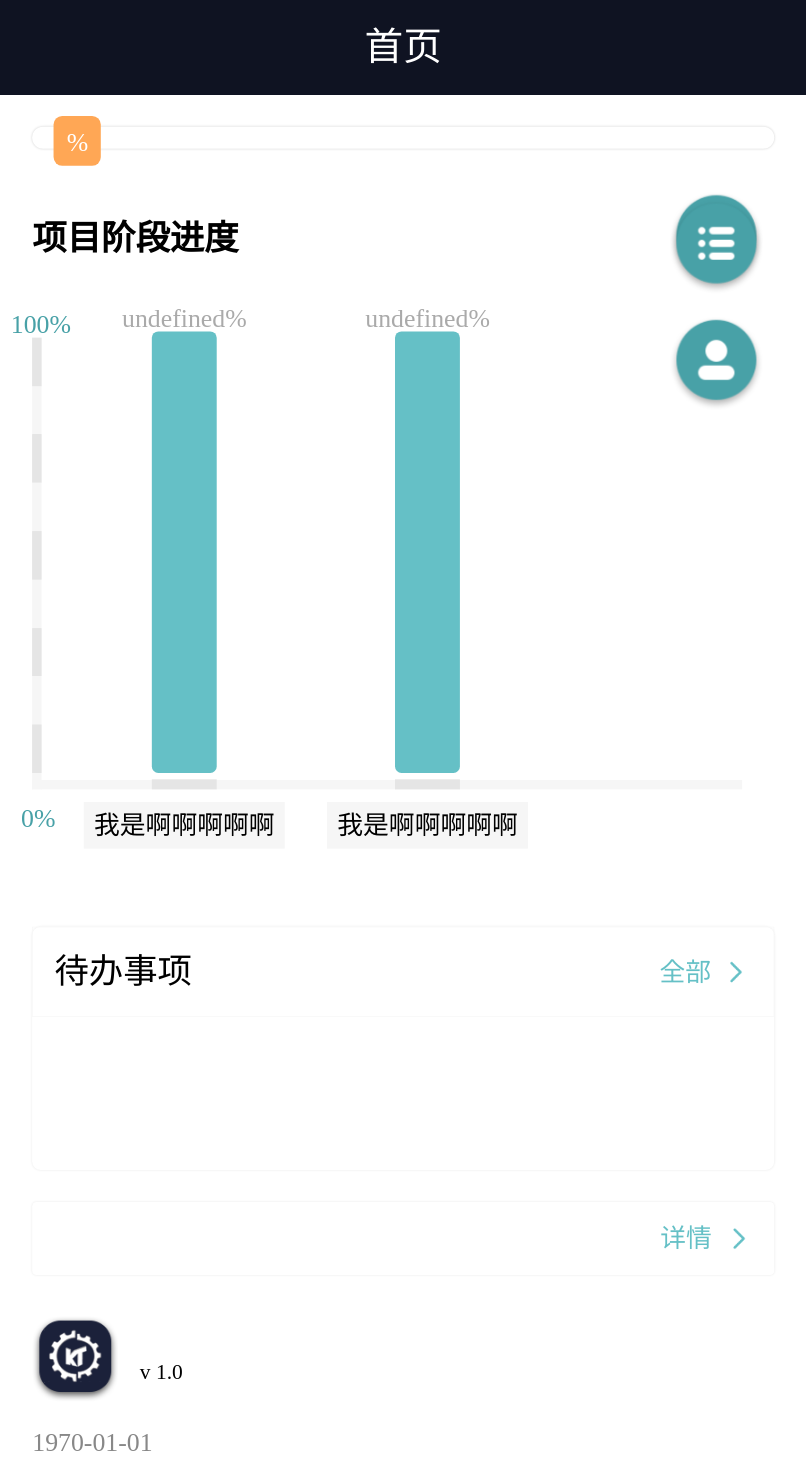
Repository: 421538074/idash.top
Page: index.html
The author's editor kept a copy of each file at every save. The page is drawn from the files as they stood at one save, then again after the next save.
The browser window is 1280 px wide. The pictures show the whole page, at 63% of full size.
The page's requests for data from a server got no answer.

Above is the page before, as saved 2019-05-20 17:30:45.

### index.html
<!DOCTYPE html>
<html lang="en">

<head>
    <meta charset="UTF-8">
    <meta content="width=device-width, initial-scale=1.0, maximum-scale=1.0, user-scalable=0;" name="viewport" />
    <meta http-equiv="X-UA-Compatible" content="ie=edge">
    <title>客户查询系统</title>
    <link rel="stylesheet" href="css/components.css">
    <link rel="stylesheet" href="css/reset.css">
    <link rel="stylesheet" href="css/index.css?v=1.0.0">
</head>

<body>
    <div id="app" v-cloak>
        <div class="index_header">
            <span>首页</span>
        </div>
        <cy-bar :num="rate +'%'"></cy-bar>
        <div class="sheet">
            <h4>项目阶段进度</h4>
            <div id="project-progress">
                <cp-cylind :percent-list="percentList" @go-detail="goDetail(arguments)"></cp-cylind>
            </div>
        </div>

        <div class="nav">
            <div class="nav_top">
                <p v-cloak>待办事项</p>
                <div class="nav_top_more" @click="projectDetail">
                    <span>全部</span>
                    <img src="img/右.png" alt="">
                </div>
            </div>
            <div class="nav_bot">
                <ul class="uu">
                    <li class="lis" v-for="(item,index) in arr">
                        <span></span>
                        <span class="liSpan" v-cloak>【{{item.process}}】<i>{{item.handle_status==1?"待处理":"完成"}}</i>-{{item.question}}</span>
                    </li>
                </ul>
                <div class="index_one">暂无待办事项</div>
            </div>
        </div>
        <div class="project-info-wrapper">
            <p class="project-title" v-cloak>{{title}}</p>
            <a href="javascript:;" @click="goInfo" class="project-detail">详情</a>
            <img src="img/右.png" class="arrow-right">
        </div>
        <div class="content">
            <div class="content_logo">
                <img src="img/logo.png" alt="">
                <span>v 1.0</span>
            </div>
            <p v-cloak>{{title}}</p>
            <p v-cloak>{{end_time | filterTime}}</p>

        </div>

        <div class="content_title" @click="requireChange">
        </div>
        <div class="content_btn">
            <p @click="goIndex"></p>
            <p @click="goUser"></p>
        </div>
    </div>
</body>
<script src="js/jquery.min.js"></script>
<script src="js/development/vue.js"></script>
<script src="js/components.js"></script>
<script src="js/api.js"></script>
<script src="js/index.js"></script>
<script src="http://res.wx.qq.com/open/js/jweixin-1.2.0.js"></script>
</html>

### css/components.css
* {
    -webkit-box-sizing: border-box;
    box-sizing: border-box;
}

[v-cloak] {
    display: none;
}

html,
body {
    font-size: calc(100vw / 25);
    background-color: #FFFFFF;
}

/**
*根组件app
*/
.container {
    padding: 1rem;
    line-height: 1rem;
}

/**
*返回键
*/
button.cp-back {
    border: none;
    background: url(../img/back1.png) no-repeat;
    background-size: 100%;
    width: 4rem;
    height: 4rem;
    display: -webkit-box;
    display: -ms-flexbox;
    display: flex;
    -webkit-box-align: center;
    -ms-flex-align: center;
    align-items: center;
    -webkit-box-pack: center;
    -ms-flex-pack: center;
    justify-content: center;
    position: fixed;
    left: 1rem;
    bottom: 1rem;
    outline: 0;
}

/**
*tab页
*/
ul.cp-tabbar {
    display: block;
    overflow-x: scroll;
    overflow-y: hidden;
    white-space: nowrap;
}

ul.cp-tabbar::-webkit-scrollbar {
    width: 0;
    height: 0;
}

li.cp-tabbar-item {
    background: #f6f6f6;
    color: #888888;
    padding: 0.8rem 1.2rem;
    border-radius: 0.5rem;
    font-size: 1rem;
    display: inline-block;
}

li.cp-tabbar-item.active {
    background: #65c0c6;
    color: #FFFFFF;
}

li.cp-tabbar-item:not(:first-child) {
    margin-left: 1rem;
}

/**
*项目列表
*/
ul.cp-list::-webkit-scrollbar {
    width: 0;
    height: 0;
}

ul.cp-list {
    height: calc(100vh - 5.2rem);
    overflow: scroll;
    margin-top: 0.2rem;
    padding: 0.2rem;
}

li.cp-list-item {
    display: -webkit-box;
    display: -ms-flexbox;
    display: flex;
    -webkit-box-align: center;
    -ms-flex-align: center;
    align-items: center;
}

img.item-icon {
    width: 2.5em;
}

li.cp-list-item.arrow-right {
    background: url(../img/arrow-right.png) no-repeat;
    background-position: 98%;
    background-size: 0.8em;
    padding: 1em 0.5em;
    -webkit-box-shadow: 0 0 4px 0 rgba(0, 0, 0, 0.20);
    box-shadow: 0 0 4px 0 rgba(0, 0, 0, 0.20);
    border-radius: 0.5em;
    margin-top: 1em;
}

li.cp-list-item:active {
    background-color: #f6f6f6;
}

p.item-title {
    font-size: 1.2em;
    padding-left: 1em;
    overflow: hidden;
    text-overflow: ellipsis;
    line-height: 1.5em;
    white-space: nowrap;
    padding-right: 1em;
}

/**
*柱形图
*/
.cp-cylind {
    width: 100%;
    height: 14em;
    position: relative;
    border: 0.3em solid #f6f6f6;
    border-top: 0;
    border-right: 0;
    border-color: #f6f6f6;
}

.cp-cylind-bottom {
    position: absolute;
    line-height: 0;
    height: 0.3em;
    bottom: -0.2em;
    width: 100%;
}

.cp-cylind-bottom-thumb {
    width: 8%;
    background-color: #e5e5e5;
    height: 100%;
    display: inline-block;
    margin-left: 6%;
}

.cp-cylind-left {
    height: 100%;
    width: 0.3em;
    position: absolute;
    left: -0.3em;
    top: 0;
}

.cp-cylind-left-thumb {
    width: 100%;
    height: 1.5em;
    margin-bottom: 1.5em;
    background: #e5e5e5;
    display: block;
}

span.cp-cylind-per-top {
    position: absolute;
    left: -1.2em;
    z-index: 11;
    top: -1em;
    color: #48A1A7;
    font-size: 0.8em;
    line-height: 1em;
}

span.cp-cylind-per-bottom {
    position: absolute;
    bottom: -2em;
    left: -0.8em;
    color: #48A1A7;
    font-size: 0.8em;
    line-height: 1em;
}

.cp-cylind-chart-scroll-container {
    height: 17em;
    top: -1em;
    position: relative;
    overflow: hidden;
    overflow-x: scroll;
    white-space: nowrap;
}

.cp-cylind-chart-item {
    display: inline-block;
    margin-left: 6%;
    height: 100%;
    text-align: center;
}

.cp-cylind-item-percent {
    height: 100%;
    background: #65C0C6;
    width: 75%;
    border-radius: 0.2em;
    max-width: 8vw;
}

.cp-cylind-item-container {
    height: 14.5em;
    display: flex;
    flex-direction: column;
    justify-content: flex-end;
    align-items: center;
}

.cp-cylind-thumb {
    width: 75%;
    height: 0.3em;
    background: #e5e5e5;
    margin: 0 auto;
    margin-top: 0.2em;
    max-width: 8vw;

}

.cp-cylind-chart-scroll-container::-webkit-scrollbar {
    width: 0;
    height: 0;
}

.cp-cylind-item-title {
    display: inline-block;
    background: #F6F6F6;
    padding: 0.4em;
    font-size: 0.8em;
    margin-top: 0.5em;
}

span.cp-cylind-item-percent-title {
    font-size: 0.8em;
    color: #AAAAAA;
}

span.cp-cylind-item-percent-title.not-full {
    color: #000000;
}

### css/reset.css
/* http://meyerweb.com/eric/tools/css/reset/
   v2.0 | 20110126
   License: none (public domain)
*/

html,
body,
div,
span,
applet,
object,
iframe,
h1,
h2,
h3,
h4,
h5,
h6,
p,
blockquote,
pre,
a,
abbr,
acronym,
address,
big,
cite,
code,
del,
dfn,
em,
img,
ins,
kbd,
q,
s,
samp,
small,
strike,
strong,
sub,
sup,
tt,
var,
b,
u,
i,
center,
dl,
dt,
dd,
ol,
ul,
li,
fieldset,
form,
label,
legend,
table,
caption,
tbody,
tfoot,
thead,
tr,
th,
td,
article,
aside,
canvas,
details,
embed,
figure,
figcaption,
footer,
header,
hgroup,
menu,
nav,
output,
ruby,
section,
summary,
time,
mark,
audio,
video {
	margin: 0;
	padding: 0;
	border: 0;
	font-size: 100%;
	font: inherit;
	vertical-align: baseline;
}

/* HTML5 display-role reset for older browsers */
article,
aside,
details,
figcaption,
figure,
footer,
header,
hgroup,
menu,
nav,
section {
	display: block;
}

body {
	line-height: 1;
}

ol,
ul {
	list-style: none;
}

blockquote,
q {
	quotes: none;
}

blockquote:before,
blockquote:after,
q:before,
q:after {
	content: '';
	content: none;
}

table {
	border-collapse: collapse;
	border-spacing: 0;
}




* {
	padding: 0;
	margin: 0;
	list-style: none;
}

html,
body {
	-moz-user-select: none;
	-khtml-user-select: none;
	user-select: none;
	background: white;
}

body,
html {
	font-size: calc(100vw / 3.75);
}


[v-cloak] {
	display: none;
}

### css/index.css
.index_header {
    height: 0.44rem;
    font-size: 0.18rem;
    color: white;
    text-align: center;
    line-height: 0.44rem;
    background: #0F1322;
    position: fixed;
    top: 0;
    width: 100%;
    z-index: 111;
}


/* 图表 */
.sheet {
    width: 3.6rem;
    height: 3.31rem;
}

.nav {
    width: 3.45rem;
    height: 1.13rem;
    background: rgba(255, 255, 255, 1);
    box-shadow: 0px 0px 4px 0px rgba(0, 0, 0, 0.1);
    border-radius: 0.04rem;
    margin: 0 auto;
}

.nav_top {
    height: 0.42em;
    display: flex;
    align-items: center;
    justify-content: space-between;
    border: 1px solid #F6F6F6;
}

.nav_top p {
    font-size: 0.16rem;
    font-family: PingFangSC-Medium;
    font-weight: 500;
    color: rgba(0, 0, 0, 1);
    line-height: 0.22rem;
    margin-left: 0.1rem;
}

.nav_top_more {
    font-size: 0.12rem;
    margin-right: 0.11rem;
    display: flex;
    align-items: center;
}

.nav_top_more span {
    font-size: 0.12rem;
    font-family: PingFangSC-Regular;
    font-weight: 400;
    color: rgba(101, 192, 198, 1);
    line-height: 0.17rem;
    margin-right: 0.04rem;
}

.nav_top_more img {
    width: 0.14rem;
    height: 0.14rem;
}


.nav_bot ul {
    padding: 0.1rem 0 0 0.1rem;
}

.nav_bot ul li {
    font-size: 0.14rem;
    font-family: PingFangSC-Regular;
    font-weight: 400;
    color: rgba(136, 136, 136, 1);
    line-height: 0.2rem;
    margin-bottom: 0.1rem;
    display: flex;
    align-items: center;
}

.nav_bot ul li span:nth-child(1) {
    display: inline-block;
    width: 0.08rem;
    height: 0.08rem;
    background: rgba(255, 167, 85, 1);
    border-radius: 0.02rem;
    margin-right: 0.1rem;
}

/* content */
.content {
    margin: 0.19rem 0 0 0.15rem;
}

.content_logo {
    font-size: 0.1rem;
    position: relative;
    height: 0.4rem;
}

.content_logo img {
    width: 0.4rem;
    height: 0.4rem;
    border-radius: 0.06rem;
}

.content_logo span {
    font-size: 0.1rem;
    font-family: PingFangSC-Regular;
    font-weight: 400;
    color: rgba(0, 0, 0, 1);
    line-height: 0.14rem;
    position: absolute;
    top: 0.19rem;
    left: 0.5rem;
}

.content p:nth-child(2) {
    font-size: 0.16rem;
    font-family: PingFangSC-Regular;
    font-weight: 400;
    color: rgba(0, 0, 0, 1);
    line-height: 0.25rem;
    margin-top: 0.1rem;
}

.content p:nth-child(3) {
    font-size: 0.12rem;
    font-family: PingFangSC-Regular;
    font-weight: 400;
    color: #888888;
    line-height: 0.17rem;
}

.content_pre {
    background: #ffffff;
    box-shadow: 0 0 4px 0 rgba(0, 0, 0, 0.20);
    border-radius: 0.27rem;
    width: 3.45rem;
    height: 0.1rem;
    /* position: relative; */
    /* display: flex; */

}

.content_bar {
    width: 0%;
    height: 0.1rem;
    border-radius: 0.1rem;
    background: #86d4d9;
    border-radius: 0.27rem;
    float: left;
}

.content_bot {
    display: flex;
    margin: 0.59rem 0.15rem 0.31rem 0.15rem;
}

.content_bot span {
    font-size: 0.12rem;
    font-family: PingFangSC-Medium;
    font-weight: 500;
    color: white;
    margin: 0 0 0 0.1rem;
    float: left;
    background: #ffa755;
    border-radius: 0.04rem;
    text-align: center;
    line-height: 0.2rem;
    padding: 0.02rem 0.06rem 0.01rem 0.06rem;
    position: relative;
    top: -0.05rem;
}

.content_btn {
    position: fixed;
    right: 0.2rem;
    bottom: 0.2rem;
}

.content_btn p:nth-child(1) {
    width: 0.44rem;
    height: 0.44rem;
    background: url(../img/下拉.png)no-repeat;
    background-size: 100% 100%;
}

.content_btn p:nth-child(2) {
    width: 0.44rem;
    height: 0.44rem;
    background: url(../img/个人信息.png)no-repeat;
    background-size: 100% 100%;
    margin-top: 0.1rem;
}

.content_title {
    width: 0.44rem;
    height: 0.44rem;
    background: url(../img/文件.png)no-repeat;
    background-size: 100% 100%;
    position: fixed;
    right: 0.2rem;
    top: 0.89rem;
}


div#project-progress {
    font-size: calc(100vw / 25);
    padding: 1em;
}

.sheet h4 {
    font-size: 0.16rem;
    font-family: PingFangSC-Medium;
    font-weight: 600;
    color: rgba(0, 0, 0, 1);
    line-height: 0.22rem;
    margin: 0 0 0.2rem 0.15rem;
}

.uu .lis .liSpan i {
    color: red;
}

.liSpan {
    width: 2.5rem;
    overflow: hidden;
    text-overflow: ellipsis;
    white-space: nowrap;
}


.index_one {
    font-size: 0.16rem;
    color: gray;
    text-align: center;
    margin-top: 0.22rem;
    display: none;
}


.infor {
    font-family: PingFangSC-Regular;
    font-size: 0.12rem;
    color: #ffffff;
    text-align: left;
    background: #ffa755;
    border-radius: 0.04rem;
    padding: 0.02rem 0.06rem;
    margin-right: 0.07rem;
}
.project-info-wrapper {
    display: flex;
    align-items: center;
    justify-content: space-between;
    box-shadow: 0px 0px 4px 0px rgba(0, 0, 0, 0.1);
    padding: 0.1rem;
    margin: 0.15rem;
    border-radius: 0.02rem;
}
p.project-title {
    color: #000000;
    font-size: 0.16rem;
}
a.project-detail {
    font-size: 0.12rem;
    font-family: PingFangSC-Regular;
    font-weight: 400;
    color: rgba(101, 192, 198, 1);
    line-height: 0.17rem;
    margin-right: 0.04rem;
    text-decoration: none;
    position: absolute;
    right: 0.4rem;
}
img.arrow-right {
    width: 0.14rem;
    height: 0.14rem;
}

### js/components.js
//返回键
const backButton = {
    name: 'cp-back',
    template: `
        <button class="cp-back" @click="goBack"></button>
    `,
    methods: {
        goBack() {
            history.go(-1);
        }
    }
};

//tab页
const tabBar = {
    name: 'cp-tabbar',
    props: ['bar-list'],
    template: `
        <ul class="cp-tabbar">
            <li v-for="(item,index) in barList" v-cloak :key="item.id" @click="switchTab(index,item.id)" :class="{'cp-tabbar-item':true,active:index == currentIndex}"> {{item.process}} </li>
        </ul>
    `,
    data() {
        return {
            currentIndex: 0,
        }
    },
    methods: {
        switchTab(index, id) {
            console.log(index)
            if (index != this.currentIndex) {
                this.currentIndex = index;
                this.$emit('get-list', id);
            }
        }
    },
    created() {
        if (sessionStorage.getItem('numId') == null) {
            this.currentIndex = 0
        } else {
            this.currentIndex = sessionStorage.getItem('numId')
        }

    }
}


//列表
const itemList = {
    name: 'cp-itemlist',
    props: ['item-list', 'icon'],
    template: `
        <ul class="cp-list">
            <li @click="getDetail(item.id,$event)" v-for="(item,index) in itemList" class="cp-list-item arrow-right">
                <img :src="icon" class="item-icon"/>
                <p v-cloak class="item-title">{{item.title}}</p>
            </li>
        </ul>
    `,
    data() {
        return {
            tempList: this.itemList
        }
    },
    methods: {
        getDetail(itemId) {

        }
    },
    watch: {
        tempList() {
            this.$emit('scroll-to-top', document.querySelector('.cp-list'));
        }
    },
}

//柱形图
const cylindricalGraph = {
    name: 'cp-cylind',
    props: ['percentList'],
    template: `
        <div class="cp-cylind">
            <span class="cp-cylind-per-top">100%</span>
            <div class="cp-cylind-chart-scroll-container">
                <div class="cp-cylind-chart-item" v-for="(item,index) in percentList">
                    <div class="cp-cylind-item-container">
                        <span class="cp-cylind-item-percent-title" :class="{'not-full':parseInt(item.percent) < 100}" v-cloak>{{item.percent+'%'}}</span>
                        <div class="cp-cylind-item-percent" :style="item.percent+'%' | filterHeight"></div>
                    </div>
                    <div class="cp-cylind-thumb"></div>
                    <div @click="goDetail(item.id,index)" class="cp-cylind-item-title" v-cloak>{{item.process}}</div>
                </div>
            </div>
            <div class="cp-cylind-left">
                <div v-for="n in 5" class="cp-cylind-left-thumb"></div>
            </div>
            <span class="cp-cylind-per-bottom">0%</span>
        </div>
    `,
    data() {
        return {

        }
    },
    methods: {
        goDetail(id, index) {
            this.$emit("go-detail", id, index)
        }
    },
    filters: {
        filterHeight(chartHeight) {
            if (chartHeight == '0%') {
                chartHeight = '2%';
            }
            return {
                height: `${chartHeight}`
            }
        }
    }
}





// 进度条
const projectBar = {
    name: 'cy-bar',
    props: ['num'],
    template: `
    <div class="content_bot">
        <div class="content_pre">
            <div class="content_bar"  :style="num | filterWidth"></div>
            <span>{{num}}</span>
        </div>
    </div>
    `,
    data() {
        return {}
    },
    filters: {
        filterWidth(chartWidth) {
            if (chartWidth == '0%') {
                chartWidth = '0%';
            }
            return {
                width: `${chartWidth}`
            }
        }
    }
}


// indexList
const Bar = {
    name: 'cy-bar',
    props: ['bar'],
    template: `
    <div class="process_wrap">
        <div class="process">
            <div class="bar"  :style="bar | filterWidth"></div>
            <span class="per">{{bar}}</span>
        </div>
    </div>
    `,
    data() {
        return {}
    },
    filters: {
        filterWidth(chartWidth) {
            if (chartWidth == '0%') {
                chartWidth = '0%';
            }
            return {
                width: `${chartWidth}`
            }
        }
    },
}



// projectDetail
const project = {
    name: 'cy-project',
    props: ['bar'],
    template: `
    <div class="project_per">
            <div class="bar"  :style="bar | filterWidth"></div>
            <span >{{bar}}</span>
    </div>
    `,
    data() {
        return {}
    },
    filters: {
        filterWidth(chartWidth) {
            if (chartWidth == '0%') {
                chartWidth = '0%';
            }
            return {
                width: `${chartWidth}`
            }
        }
    },
}



























































//===================================other functoin=====================================
/**
 * 滚动到顶部方法
 */
function scrollToTop(e) {
    const scrollTop = e.scrollTop;
    const interval = setInterval(function () {
        if (e.scrollTop <= 0) {
            clearInterval(interval);
            return;
        }
        e.scrollTop -= scrollTop / 5;
    }, 20);
}

### js/api.js
var api = "http://program.pzhkj.cn/index/api/kangtian"





function getUrlKey(name) {
    return decodeURIComponent((new RegExp('[?|&]' + name + '=' + '([^&;]+?)(&|#|;|$)').exec(location.href) || [, ""])[1].replace(/\+/g, '%20')) || null
}

### js/index.js
var xm = new Vue({
    el: "#app",
    data: {
        id: '',
        title: '',
        start_time: '',
        end_time: '',
        demand: '',
        graph: '',
        design: '',
        fronted: '',
        backer: '',
        test: '',
        check: '',
        percentList: [{process:'我是啊啊啊啊啊'},{process:'我是啊啊啊啊啊'}],
        rate: '',
        arr: '',
        staus: ['需求', '原型', '设计', '前端', '后台', '测试', '验收']
    },
    methods: {
        goUser() {
            window.location.href = "userInfo.html"
        },
        goIndex() {
            window.location.href = "indexList.html"
        },
        projectDetail() {
            var Pid = this.percentList[0].id
            if (getUrlKey('program_id') == null) {
                this.program_id = 10
            } else {
                this.program_id = getUrlKey('program_id')
            }
            window.location.href = `projectDetail.html?program_id=${this.program_id}&process_id=${Pid}`
        },
        requireChange() {
            if (getUrlKey('program_id') == null) {
                this.program_id = 10
            } else {
                this.program_id = getUrlKey('program_id')
            }
            window.location.href = `projectDetail1.html?program_id=${this.program_id}`
        },

        goDetail(id) {
            var process_id = id[0]
            var ids = id[1]
            sessionStorage.setItem('numId', ids)
            console.log(id[1])
            window.location.href = `projectDetail.html?program_id=${this.program_id}&process_id=${process_id}`
        },
        goInfo() { //跳转项目信息
            window.location.href = "info.html?program_id=" + getUrlKey('program_id')
        }
    },
    components: {
        "cp-cylind": cylindricalGraph,
        "cy-bar": projectBar,
    },
    filters: {
        filterTime(time) {
            var date = new Date(time * 1000);
            var year = date.getFullYear();
            var month = date.getMonth() + 1;
            var day = date.getDate();
            if (month < 10) {
                month = "0" + month;
            }
            if (day < 10) {
                day = "0" + day;
            }
            return year + "-" + month + "-" + day;
        }
    },
    created() {
        if (getUrlKey('program_id') == null) {
            this.program_id = 10
        } else {
            this.program_id = getUrlKey('program_id')
        }
        var that = this
        $.ajax({
            type: "post",
            url: `${api}/index/api/myProgram`,
            async: true,
            data: {
                program_id: this.program_id,
            },
            dataType: 'json',
            success: function (res) {
                console.log(res)
                that.percentList = res.data.process  //需求

                that.arr = res.data.backlog
                that.title = res.data.title
                that.start_time = res.data.start_time
                that.end_time = res.data.end_time
                that.demand = res.data.demand
                that.graph = res.data.graph
                that.design = res.data.design
                that.fronted = res.data.fronted
                that.backer = res.data.backer
                that.test = res.data.test
                that.check = res.data.check
                if (that.demand == null && that.graph == null &&
                    that.design == null && that.fronted == null &&
                    that.backer == null && that.test == null &&
                    that.check == null
                ) {
                    that.demand = 0
                    that.graph = 0
                    that.design = 0
                    that.fronted = 0
                    that.backer = 0
                    that.test = 0
                    that.check = 0
                }
                that.rate = res.data.rate

                if (that.content == '' || null) {
                    $('.lis').css("display", "none")
                }
                if (that.question == '' || null) {
                    $('.lis1').css("display", "none")
                }
                if (res.data.backlog.length == 0) {
                    $('.index_one').css("display", "block")
                }

            },
            error: function (res) {
                console.log(res)
            }
        });
    }
})

Loaded but not shown: js/jquery.min.js (library); js/development/vue.js (library)

After the next save:
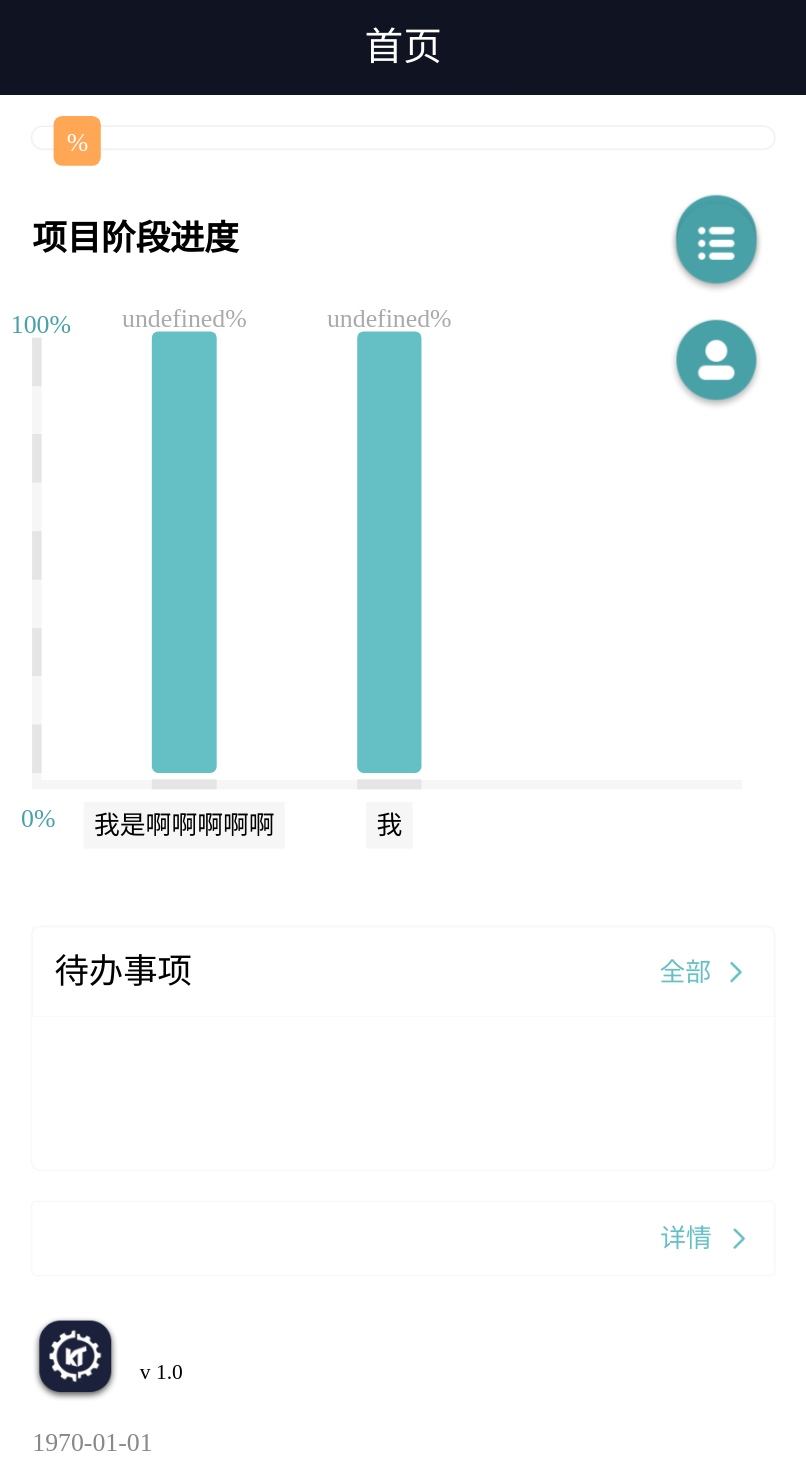
Saved 15 s later.
--- a/js/index.js
+++ b/js/index.js
@@ -12,7 +12,7 @@ var xm = new Vue({
         backer: '',
         test: '',
         check: '',
-        percentList: [{process:'我是啊啊啊啊啊'},{process:'我是啊啊啊啊啊'}],
+        percentList: [{process:'我是啊啊啊啊啊'},{process:'我'}],
         rate: '',
         arr: '',
         staus: ['需求', '原型', '设计', '前端', '后台', '测试', '验收']
